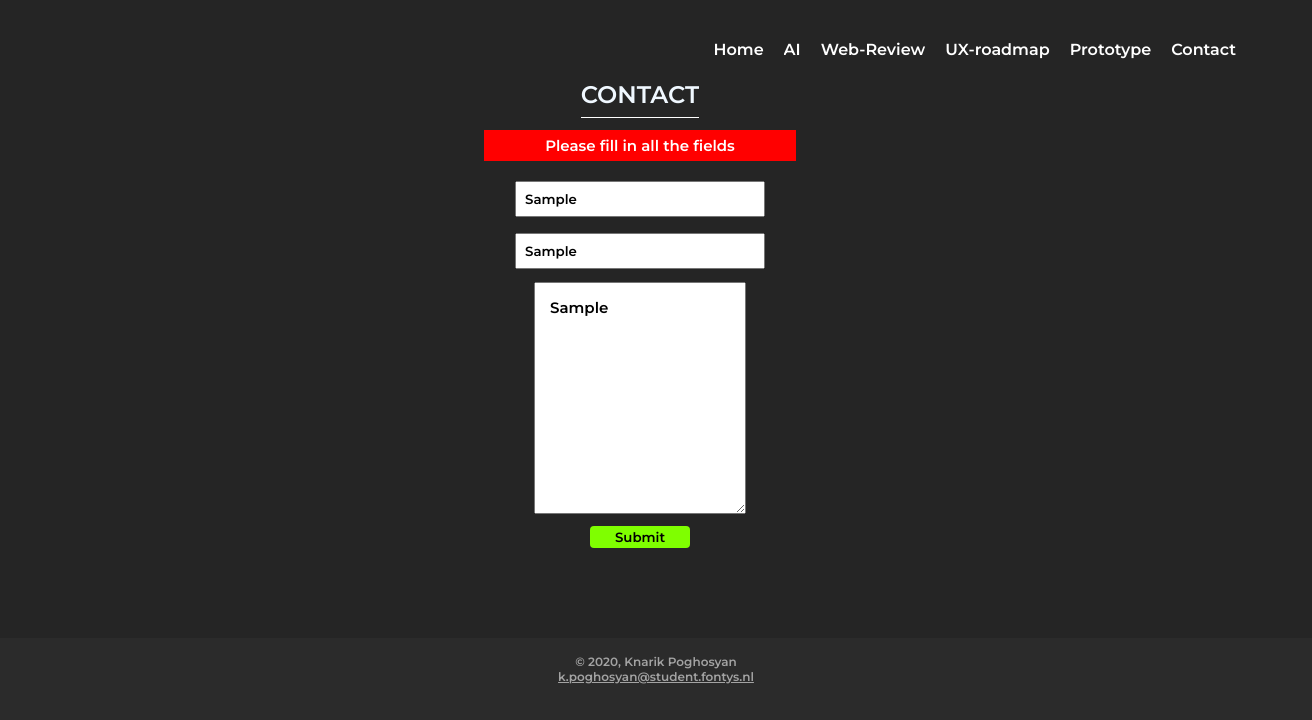
Repository: PKnar/EDO-final
Page: contact.html
An editor plug-in stored every save of this project. The page is shown before and after the next save, followed by the edit.
The browser window is 1280 px wide. The page is 1312 px wide, so the pictures cover 1312 px, including what lies to the right of the window. The pictures show the whole page.
Empty fields were first filled with sample values (such as "Sample", 5 or name@example.com).
After loading, the first visible `#form` was submitted once.

Above is the page before, as saved 2021-01-15 19:04:12.

After the next save:
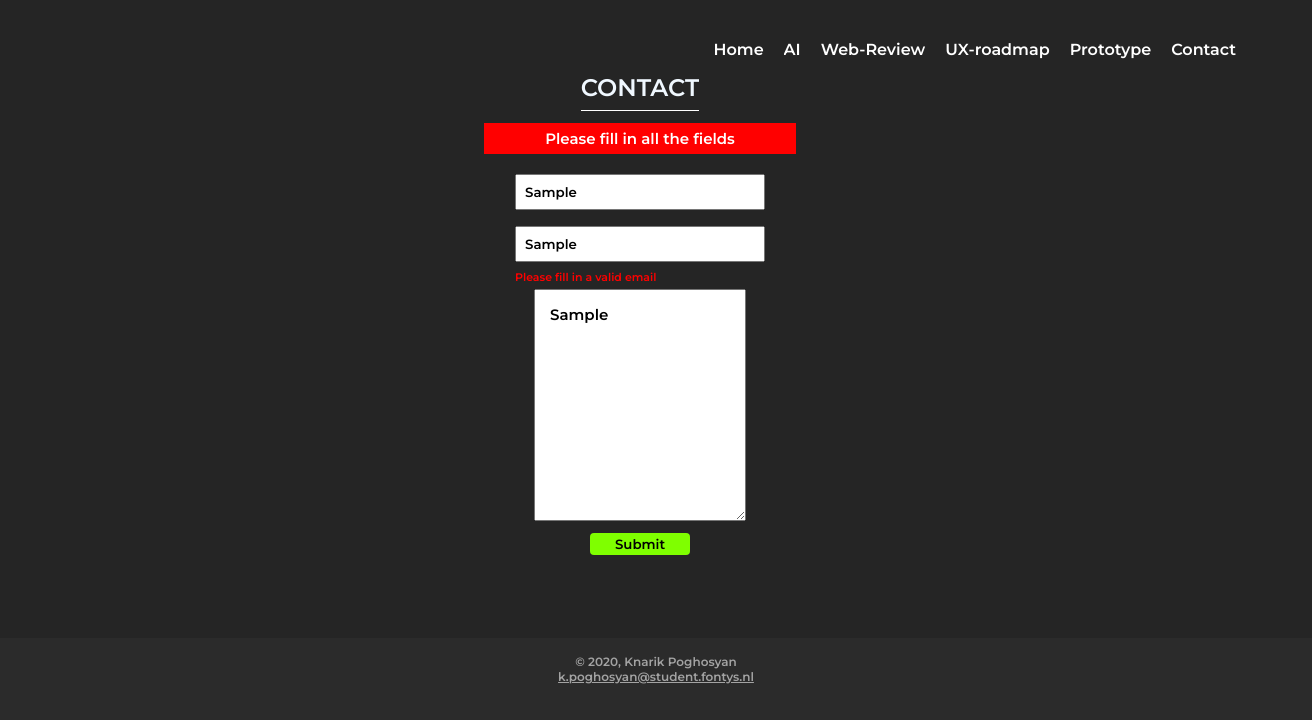
Saved 8 s later.
--- a/script/contactValidaion.js
+++ b/script/contactValidaion.js
@@ -43,6 +43,7 @@
       handleGeneralError();
       return false;
     } else if (!isEmail) {
+      handleEmailError();
     } else {
       return true;
     }
